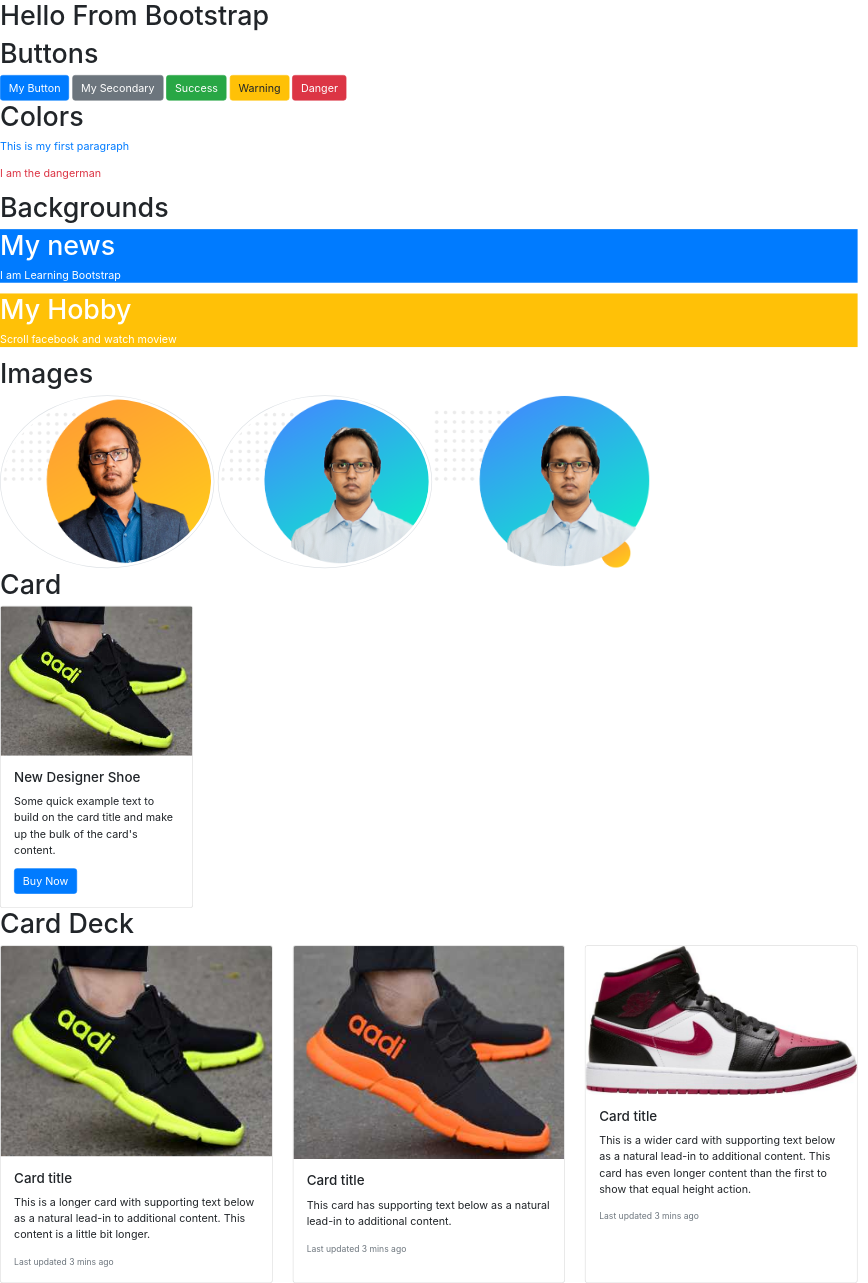
Repository: mohsinfarabi/bootstrap-practice
Page: index.html
An editor plug-in stored every save of this project. The page is shown before and after the next save, followed by the edit.
The browser window is 1280 px wide. The page is 1295 px wide, so the pictures cover 1295 px, including what lies to the right of the window. The pictures show the whole page, at 67% of full size.

Above is the page before, as saved 2020-07-06 03:15:13.

After the next save:
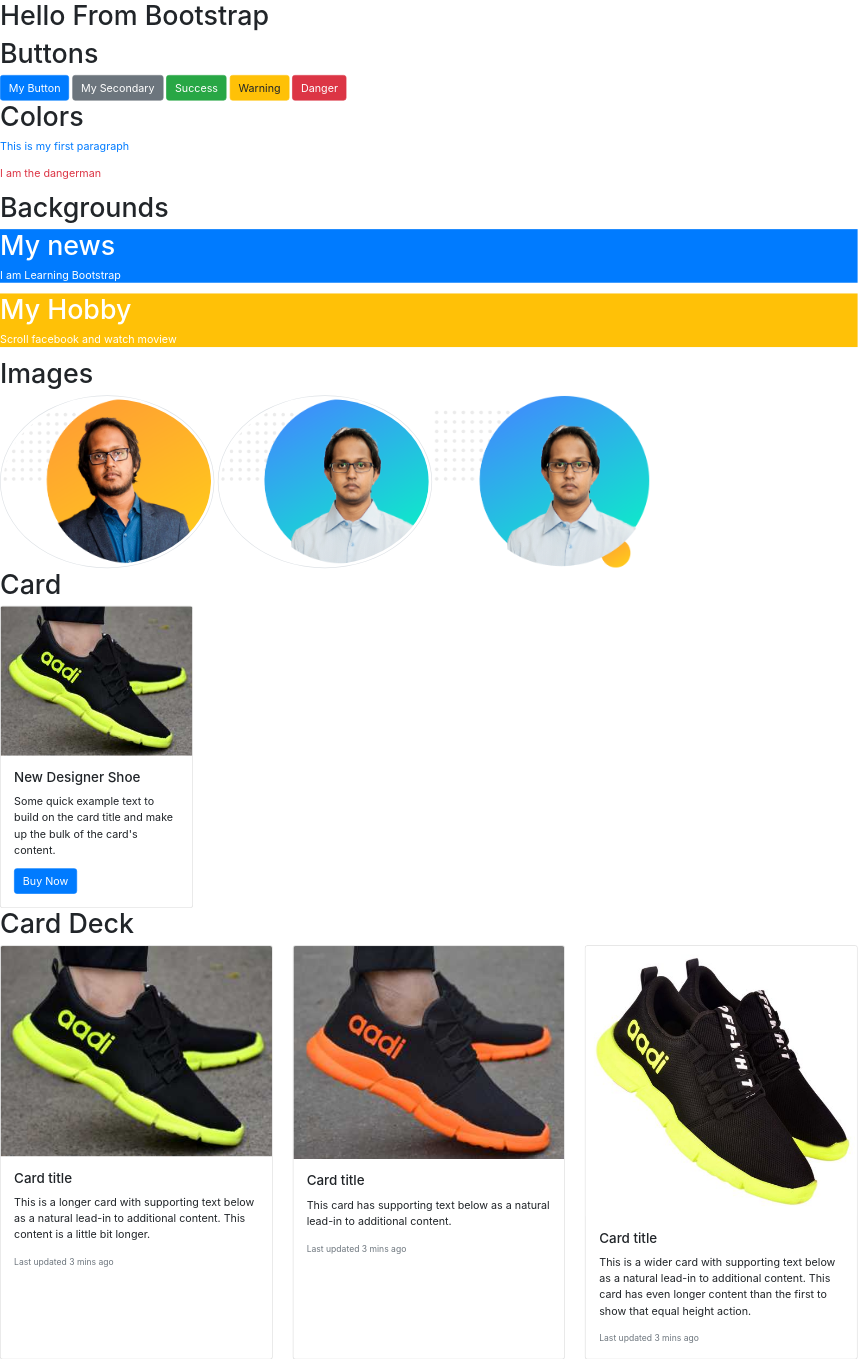
Saved 53 s later.
--- a/index.html
+++ b/index.html
@@ -64,7 +64,7 @@
             </div>
         </div>
         <div class="card">
-            <img src="images/card3.jpg" class="card-img-top" alt="...">
+            <img src="images/card4.jpg" class="card-img-top" alt="...">
             <div class="card-body">
                 <h5 class="card-title">Card title</h5>
                 <p class="card-text">This is a wider card with supporting text below as a natural lead-in to additional content. This card has even longer content than the first to show that equal height action.</p>
